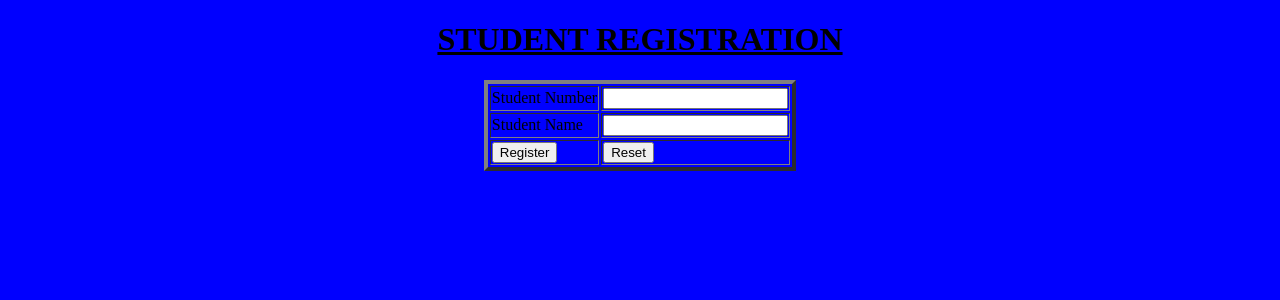
Repository: madhu124/Youtube-demo
Page: StudentRegisApp/WebContent/Register.html
These files come from the project's save history. The page is drawn as it stood at one moment and after the next save; the edit follows.
The browser window is 1280 px wide. The pictures show the whole page.

Above is the page before, as saved 2017-05-31 18:39:57.

After the next save:
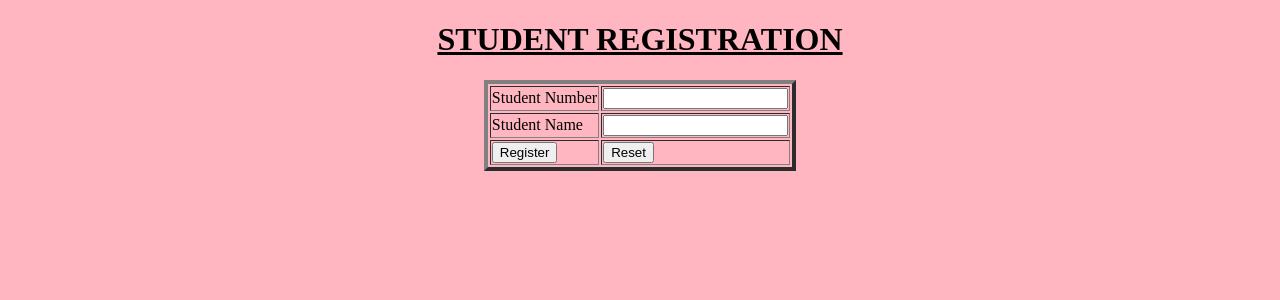
Saved 30 s later.
--- a/StudentRegisApp/WebContent/Register.html
+++ b/StudentRegisApp/WebContent/Register.html
@@ -7,7 +7,7 @@
 
 <style>
 body {
-	background-color: blue;
+	background-color: lightpink;
 }
 
 h1 {
